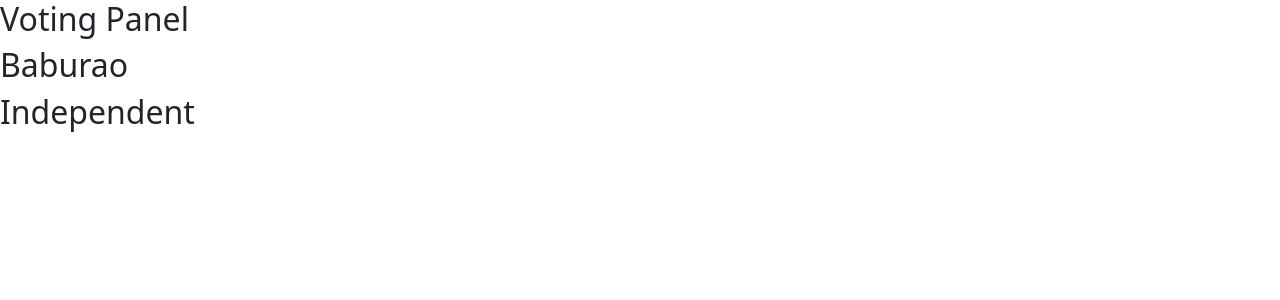
Repository: DavidManiIbrahim/Voting-app
Page: panel.html
An editor plug-in stored every save of this project. The page is shown before and after the next save, followed by the edit.
The browser window is 1280 px wide. The pictures show the whole page.

Above is the page before, as saved 2025-01-20 05:15:39.

After the next save:
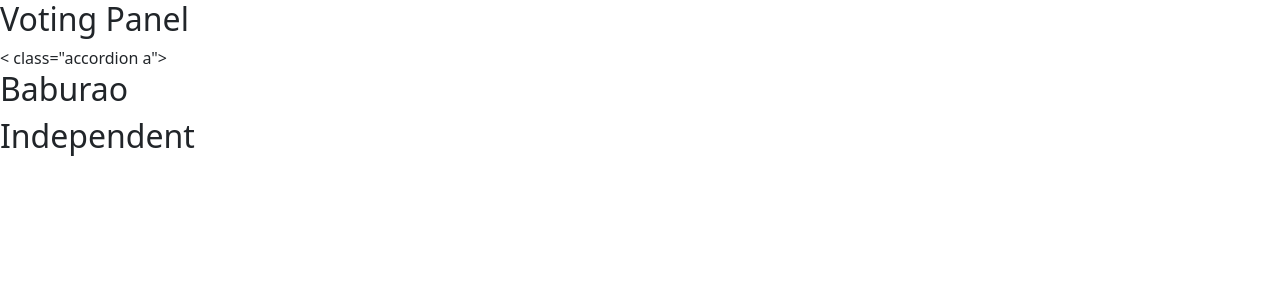
Saved 5 s later.
--- a/panel.html
+++ b/panel.html
@@ -10,13 +10,13 @@
 
 <h2>Voting Panel</h2>
 
-    <div class="accordion a">
+    < class="accordion a">
         <h2 class="accor">Baburao</h2>
         <h2>Independent</h2>
 
         <img src="" alt="">
         <img src="" alt="">
-    </div>
+    </di>
 
 
 

After the save that followed:
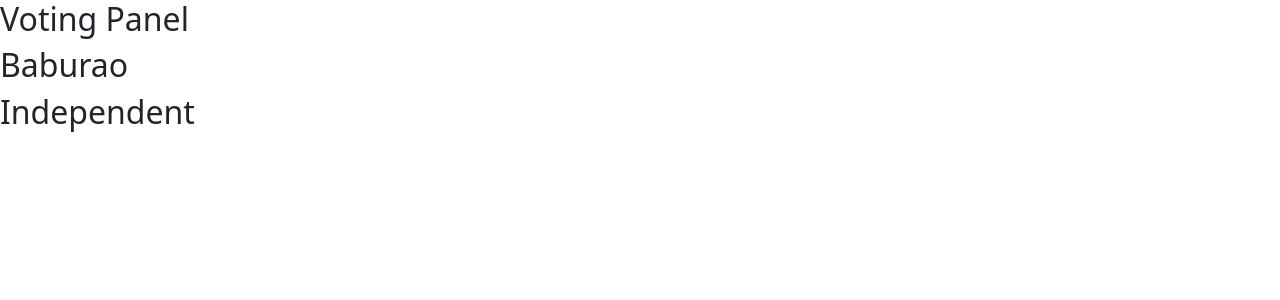
Saved 7 s later.
--- a/panel.html
+++ b/panel.html
@@ -10,13 +10,13 @@
 
 <h2>Voting Panel</h2>
 
-    < class="accordion a">
+    <div class="accordion a">
         <h2 class="accor">Baburao</h2>
         <h2>Independent</h2>
 
         <img src="" alt="">
         <img src="" alt="">
-    </di>
+    </div>
 
 
 
